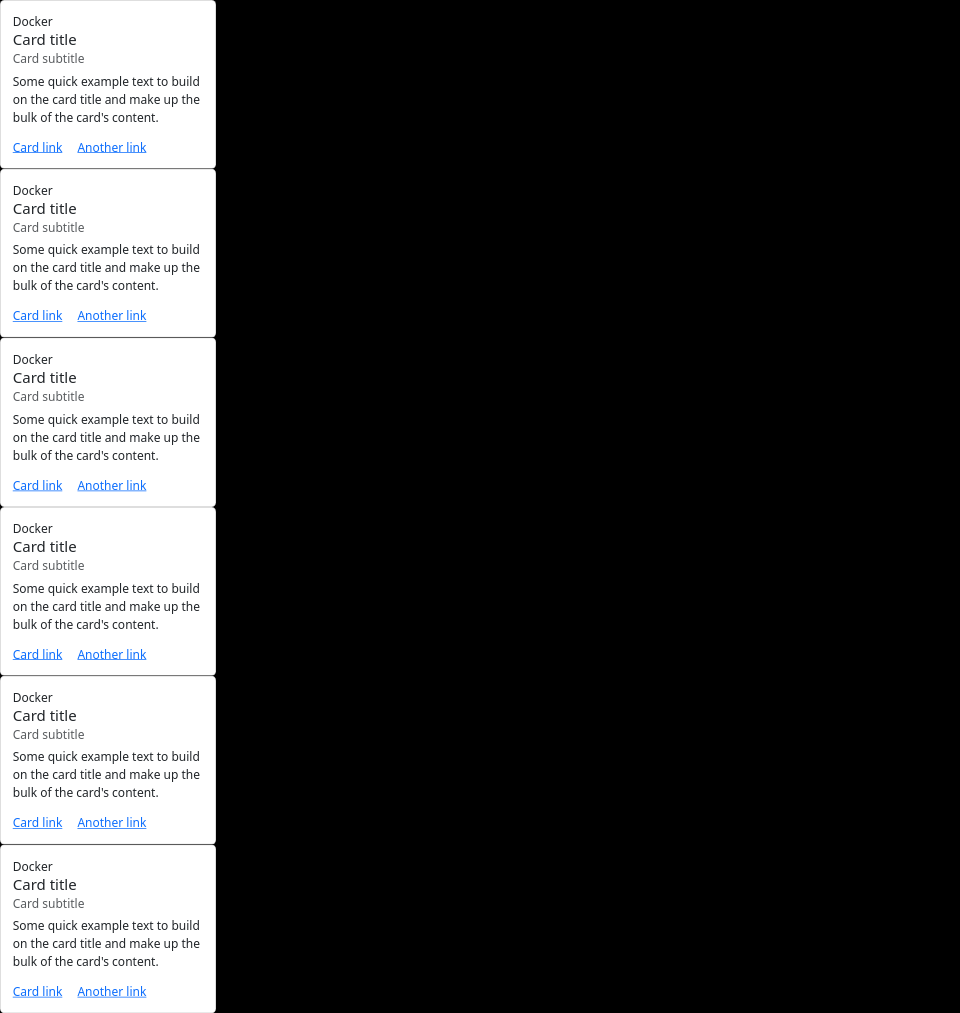
Repository: NSS-Evening-25-Cohort/e25-gitsub-control-alt-defeat
Page: index.html
These files come from the project's save history. The page is drawn as it stood at one moment and after the next save; the edit follows.
The browser window is 1280 px wide. The pictures show the whole page, at 75% of full size.

Above is the page before, as saved 2023-11-06 21:02:31.

After the next save:
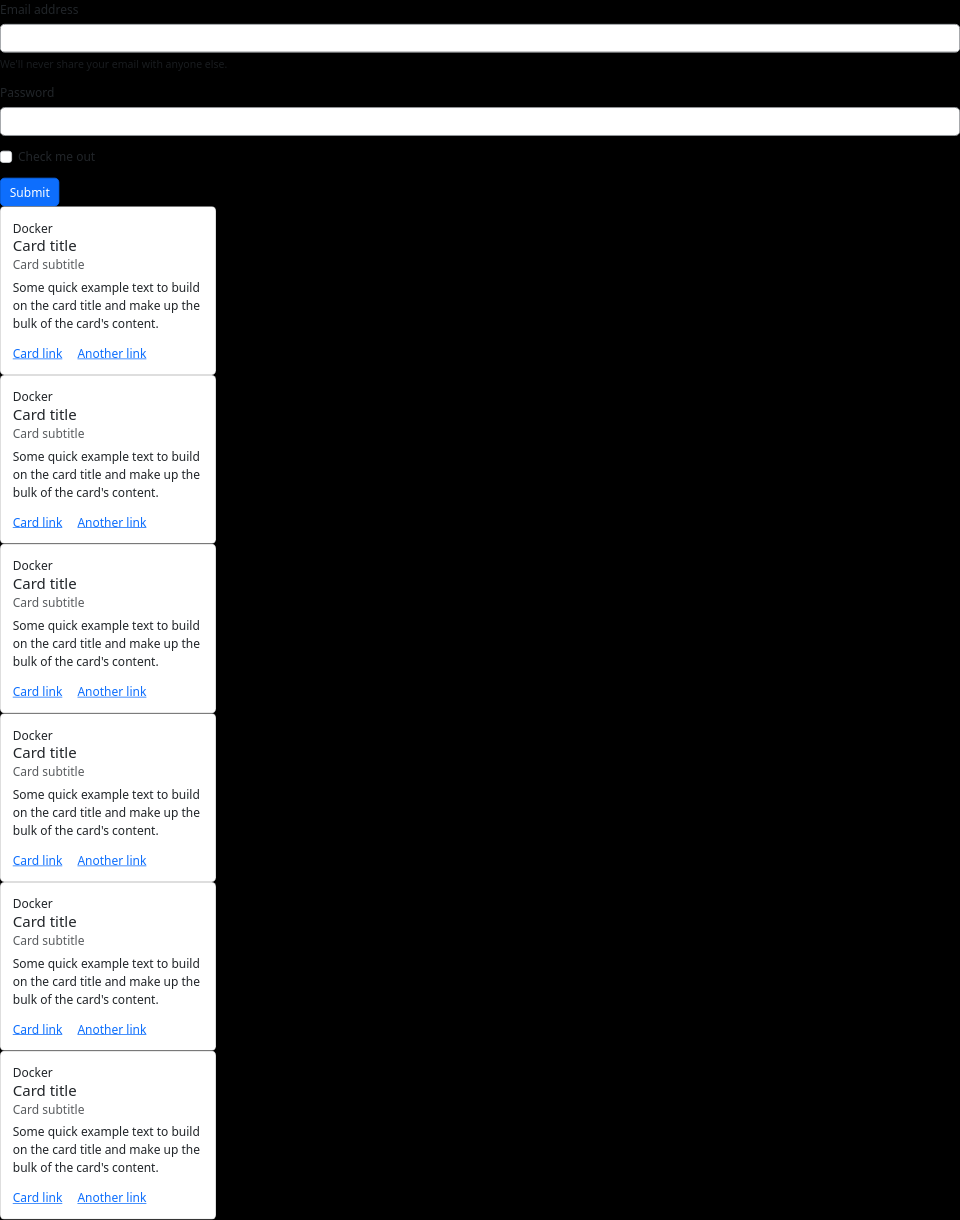
Saved 71 s later.
--- a/index.html
+++ b/index.html
@@ -11,6 +11,22 @@
     <title>Document</title>
   </head>
   <body>
+    <form>
+      <div class="mb-3">
+        <label for="exampleInputEmail1" class="form-label">Email address</label>
+        <input type="email" class="form-control" id="exampleInputEmail1" aria-describedby="emailHelp">
+        <div id="emailHelp" class="form-text">We'll never share your email with anyone else.</div>
+      </div>
+      <div class="mb-3">
+        <label for="exampleInputPassword1" class="form-label">Password</label>
+        <input type="password" class="form-control" id="exampleInputPassword1">
+      </div>
+      <div class="mb-3 form-check">
+        <input type="checkbox" class="form-check-input" id="exampleCheck1">
+        <label class="form-check-label" for="exampleCheck1">Check me out</label>
+      </div>
+      <button type="submit" class="btn btn-primary">Submit</button>
+    </form>
     <div id="app1"></div>
     <div id="app2"></div>
 
